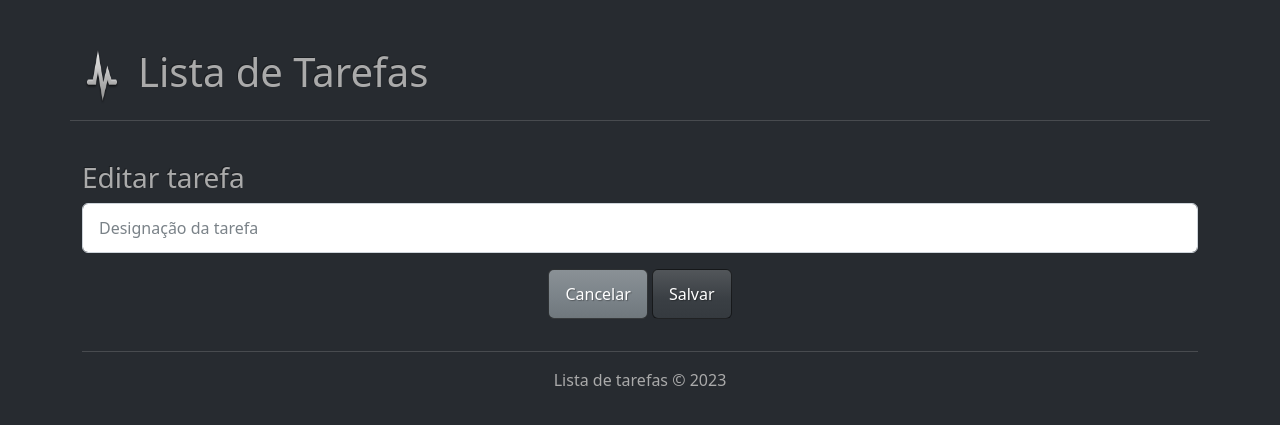
Repository: cargugati/lista_tarefas
Page: frontEnd/edit_task.html
These files come from the project's save history. The page is drawn as it stood at one moment and after the next save; the edit follows.
The browser window is 1280 px wide. The pictures show the whole page.

Above is the page before, as saved 2023-03-30 10:43:08.

### frontEnd/edit_task.html
<!DOCTYPE html>
<html lang="pt-br">

<head>
  <meta charset="UTF-8">
  <meta http-equiv="X-UA-Compatible" content="IE=edge">
  <meta name="viewport" content="width=device-width, initial-scale=1.0">
  <title>Lista de Tarefas</title>
  <link rel="stylesheet" href="./assets/css/bootstrap.min.css">
  <link rel="stylesheet" href="./assets/fontawesome/css/all.min.css">
  <link rel="shortcut icon" href="./assets/images/favicon.png" type="image/png">
</head>

<body>
  <div class="container my-5">

    <!-- cabeçalho -->
    <div class="row mb-4">
      <div class="col">
        <div class="d-flex justify-content-start">
          <img src="./assets/images/favicon.png" alt="Logo" class="img-fluid me-3" width="40px">
          <h1>Lista de Tarefas</h1>
        </div>

      </div>

      <hr class="my-3">
    </div>

    <!-- espaço para criar nova tarefa -->
    <div class="row">
      <div class="col">
        <h3>Editar tarefa</h3>
        <div class="mb-3">
          <input type="text" name="" id="text_task_text" class="form-control" maxlength="100"
            placeholder="Designação da tarefa" value="">
        </div>
        <div class="text-center">
          <a href="index.html" class="btn btn-secondary">Cancelar</a>
          <button class="btn btn-primary" id="btn_salvar">Salvar</button>

        </div>
      </div>
    </div>

    <!-- dados para o banco de dados
    bd_tasks

    users
    - id -> uint auto PK
    - username -> varchar(50) NULL
    - passwrd -> varchar(100) NULL
    - created_at -> datetime NULL
    - updated_at -> datetime NULL

    tasks
    - id -> uint auto PK
    - id_user -> uint FK
    - task_text -> varchar(100) NULL
    - task_status -> varchar(30) NULL -> (new | in progress | canceled | done)
    - created_at
    - updated_at

-->






    <!-- footer -->
    <div class="row mt-3">
      <div class="col text-center">
        <hr>
        <p>Lista de tarefas &copy; 2023</p>
      </div>
    </div>


  </div>

  <script src="./assets/js/bootstrap.bundle.min.js"></script>
</body>

</html>

Loaded but not shown: frontEnd/assets/css/bootstrap.min.css (library); frontEnd/assets/fontawesome/css/all.min.css (library); frontEnd/assets/js/bootstrap.bundle.min.js (library)

After the next save:
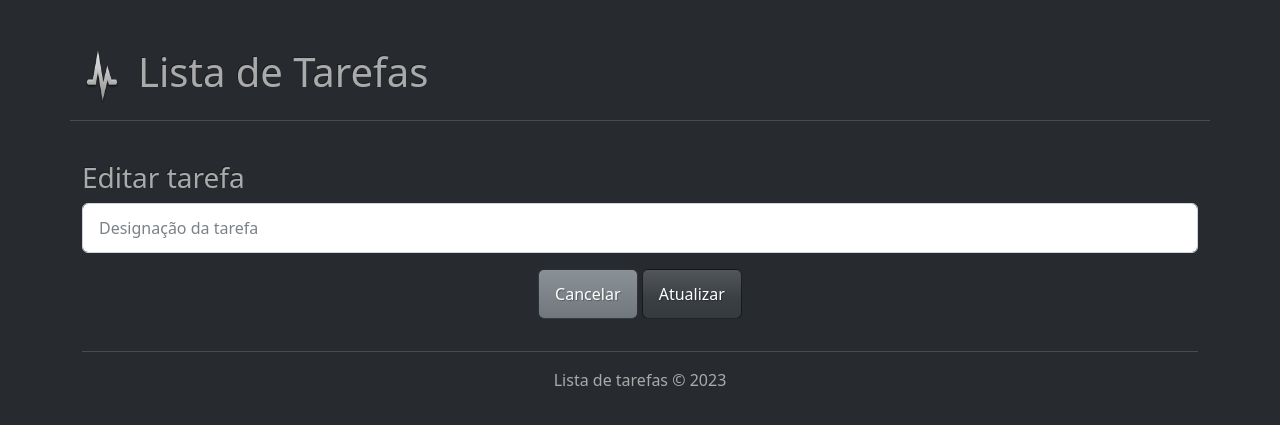
Saved 17 s later.
--- a/frontEnd/edit_task.html
+++ b/frontEnd/edit_task.html
@@ -37,7 +37,7 @@
         </div>
         <div class="text-center">
           <a href="index.html" class="btn btn-secondary">Cancelar</a>
-          <button class="btn btn-primary" id="btn_salvar">Salvar</button>
+          <button class="btn btn-primary" id="btn_salvar">Atualizar</button>
 
         </div>
       </div>
